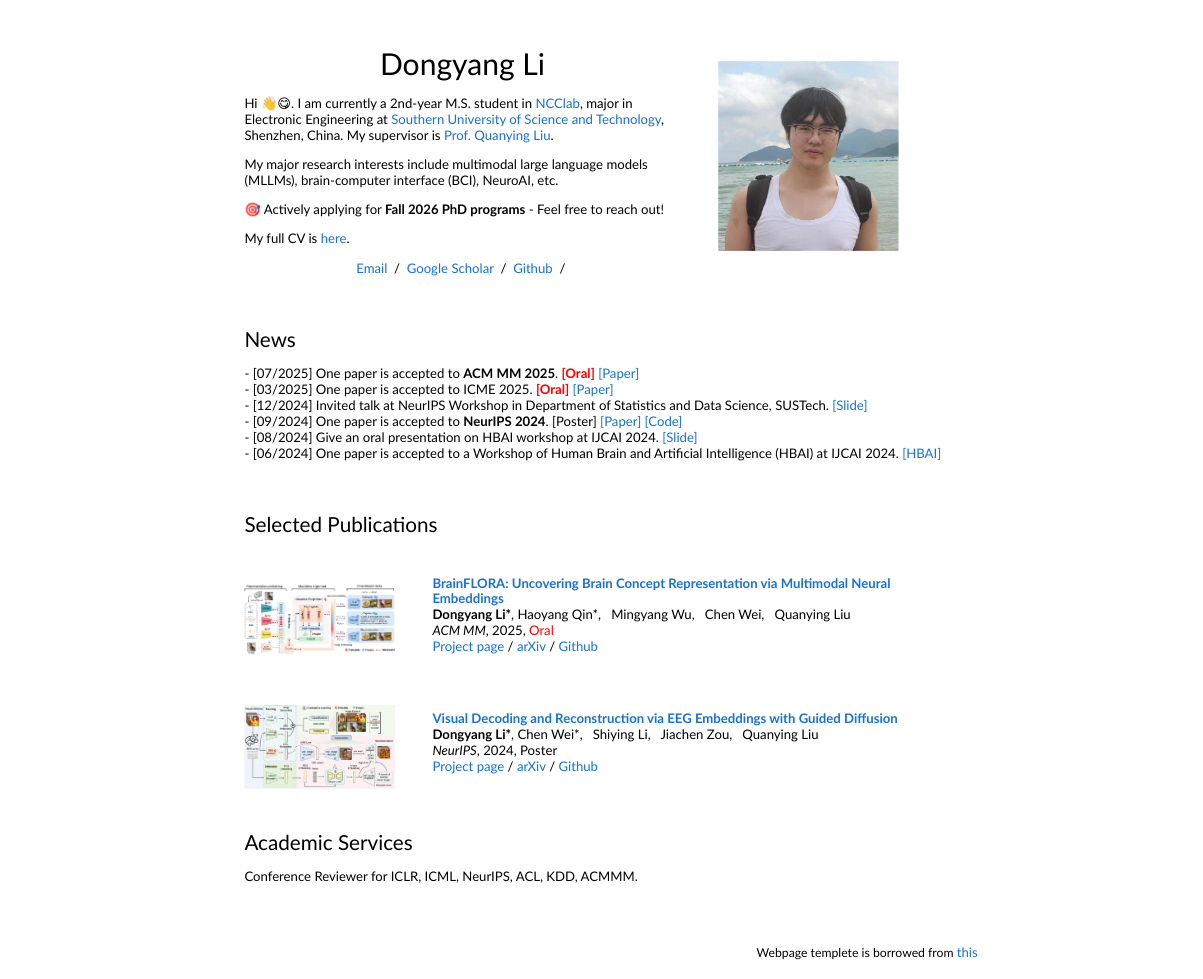
Repository: dongyangli-del/dongyangli-del.github.io
Page: index.html
The author's editor kept a copy of each file at every save. The page is drawn from the files as they stood at one save, then again after the next save.
The browser window is 1280 px wide. The pictures show the whole page, at 94% of full size.

Above is the page before, as saved 2025-07-12 20:39:12.

After the next save:
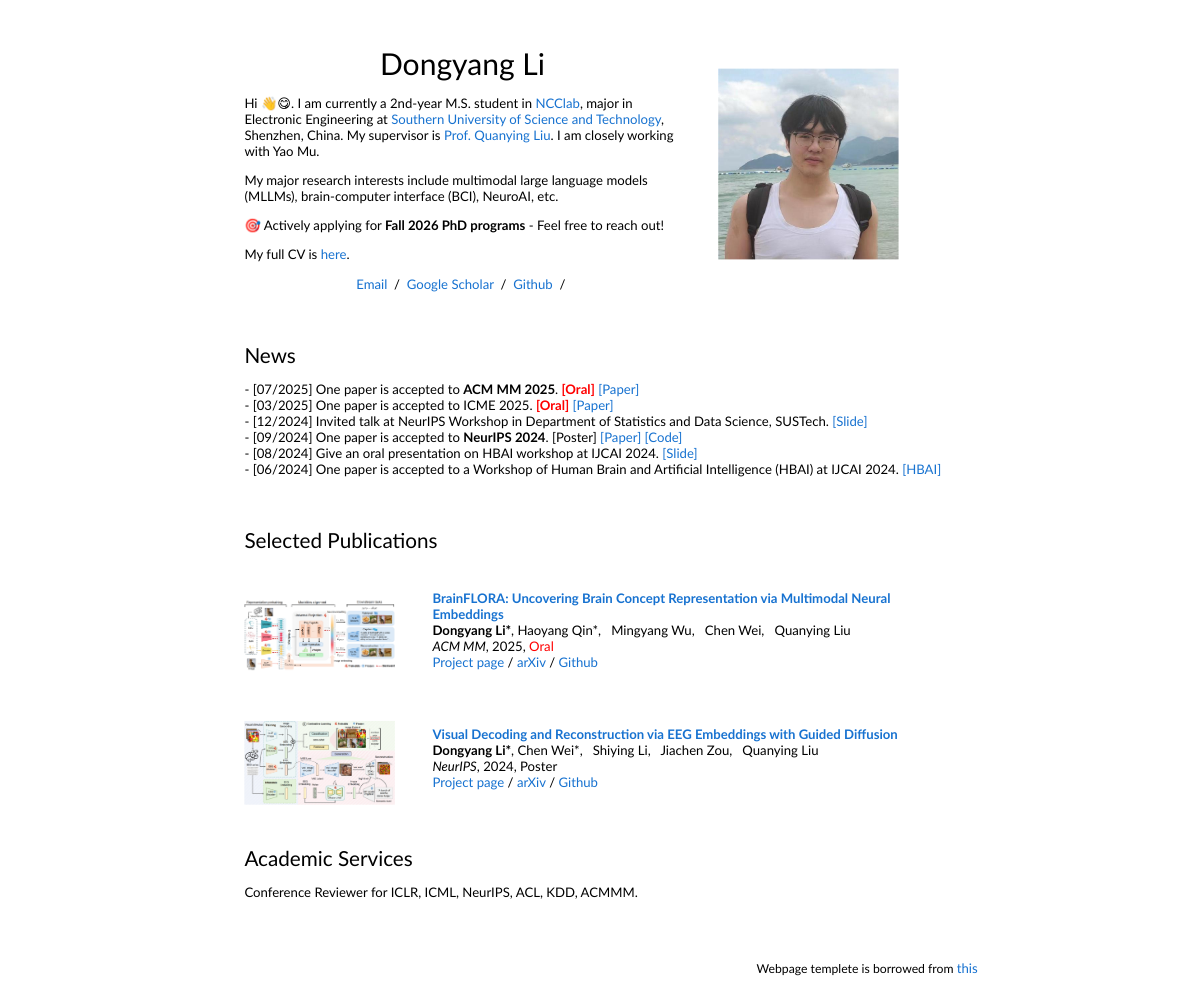
Saved 23 min 23 s later.
--- a/index.html
+++ b/index.html
@@ -47,7 +47,7 @@
                 <p>
                   Hi 👋😋.
                   I am currently a 2nd-year M.S. student in <a href="https://www.sustech.edu.cn/zh/faculties/liuquanying.html">NCClab</a>, major in Electronic Engineering at <a href="https://www.sustech.edu.cn/">Southern University of Science and Technology</a>, Shenzhen, China.
-                  My supervisor is <a href="https://faculty.sustech.edu.cn/?tagid=liuqy&iscss=1&snapid=1&orderby=date&go=1">Prof. Quanying Liu</a>.
+                  My supervisor is <a href="https://faculty.sustech.edu.cn/?tagid=liuqy&iscss=1&snapid=1&orderby=date&go=1">Prof. Quanying Liu</a>. I am closely working with Yao Mu.
                 </p>
                 <p>
                   My major research interests include multimodal large language models (MLLMs), brain-computer interface (BCI), NeuroAI, etc.
